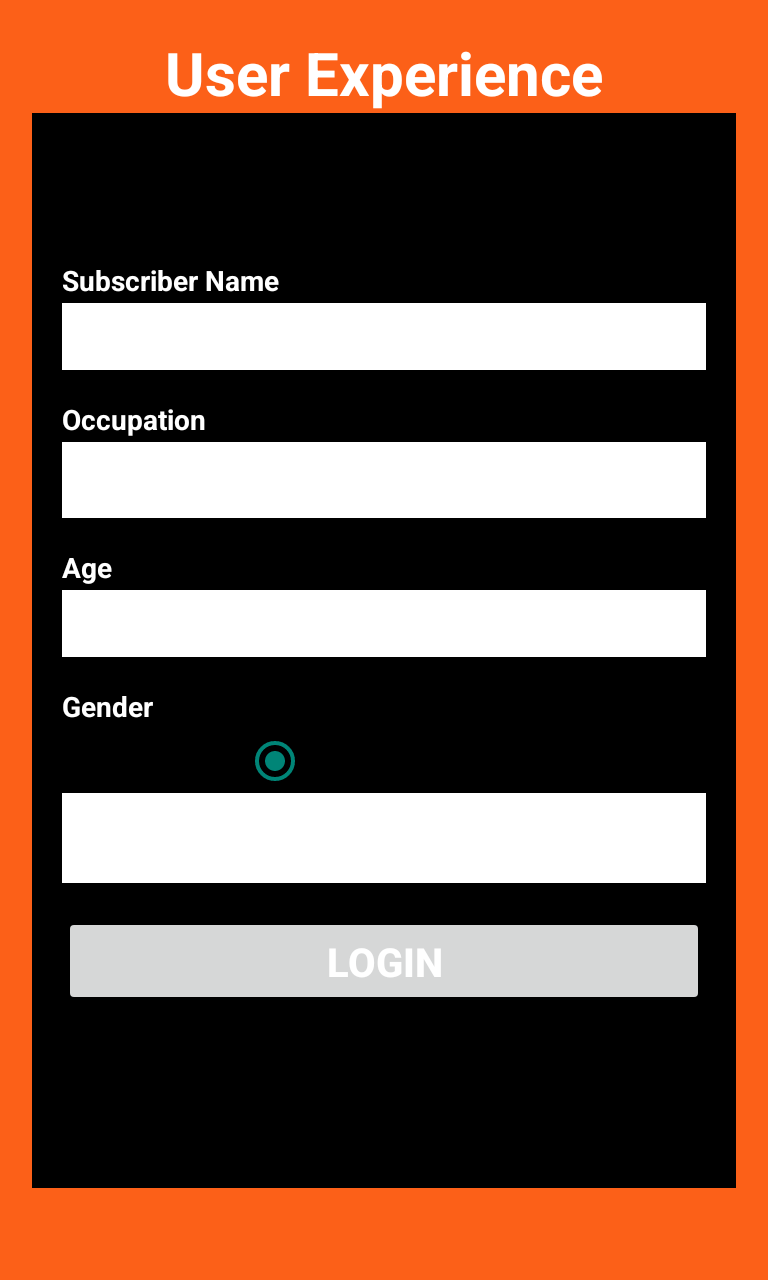
Repository: MushfiqurRahman/BLink3gApp
Layout: 3gExperience/res/layout/fragment_survey.xml
An editor plug-in stored every save of this project. The layout is shown before and after the next save, followed by the edit.
It is drawn on a 768 x 1280 px phone screen (xhdpi) without system bars, with theme AppTheme; the app's code is not run.

Above is the layout before, as saved 2014-05-20 18:08:01.

After the next save:
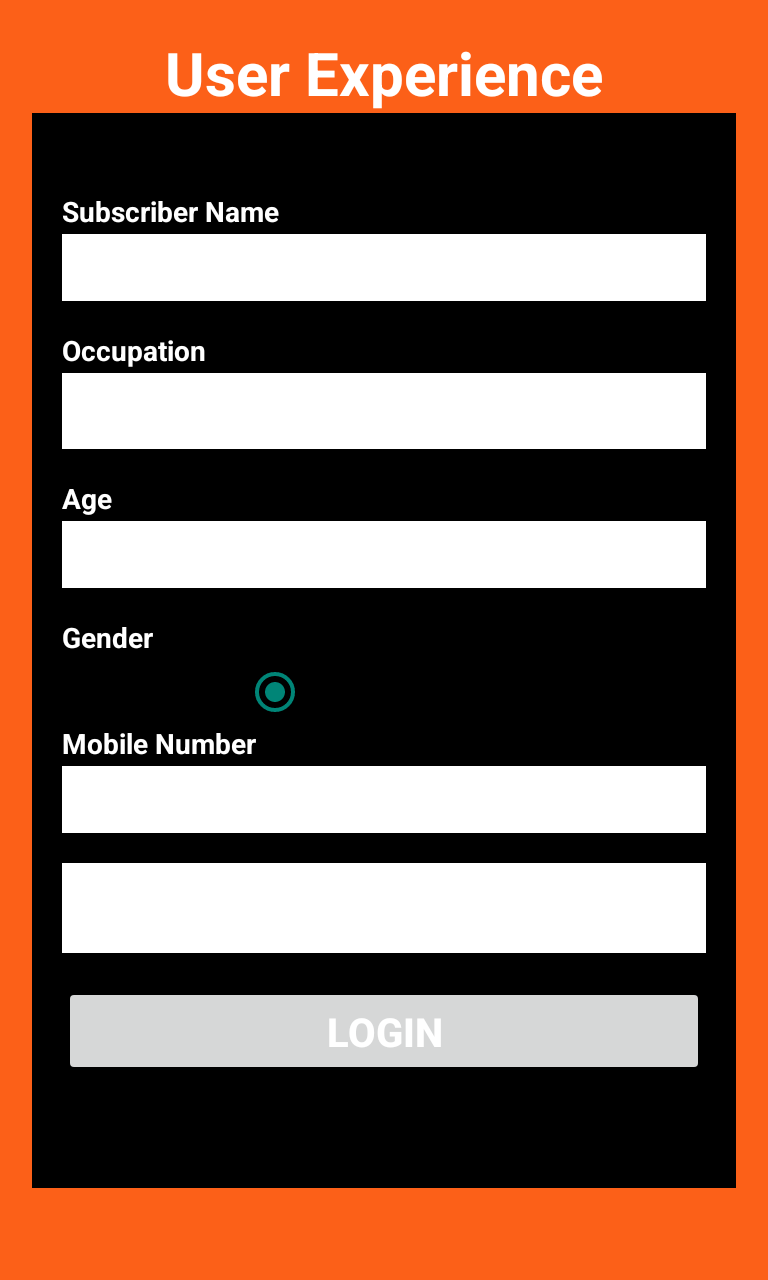
Saved 54 s later.
--- a/3gExperience/res/layout/fragment_survey.xml
+++ b/3gExperience/res/layout/fragment_survey.xml
@@ -158,6 +158,31 @@
                 android:text="Female" />
         </RadioGroup>
 
+                <LinearLayout
+            android:layout_width="fill_parent"
+            android:layout_height="wrap_content"
+            android:layout_gravity="left" >
+
+            <TextView
+                android:id="@+id/tvMobileNo"
+                android:layout_width="wrap_content"
+                android:layout_height="wrap_content"
+                android:layout_marginBottom="2dp"
+                android:text="@string/sbcr_mobile"
+                android:textColor="#FFFFFF"
+                android:textStyle="bold" />
+        </LinearLayout>
+
+        <EditText
+            android:id="@+id/edtAge"
+            android:layout_width="match_parent"
+            android:layout_height="wrap_content"
+            android:layout_marginBottom="15dp"
+            android:background="#FFFFFF"
+            android:ems="10"
+            android:inputType="number"
+            android:textSize="25sp" />
+
         <Spinner
             android:id="@+id/spnCompany"
             android:layout_width="match_parent"
